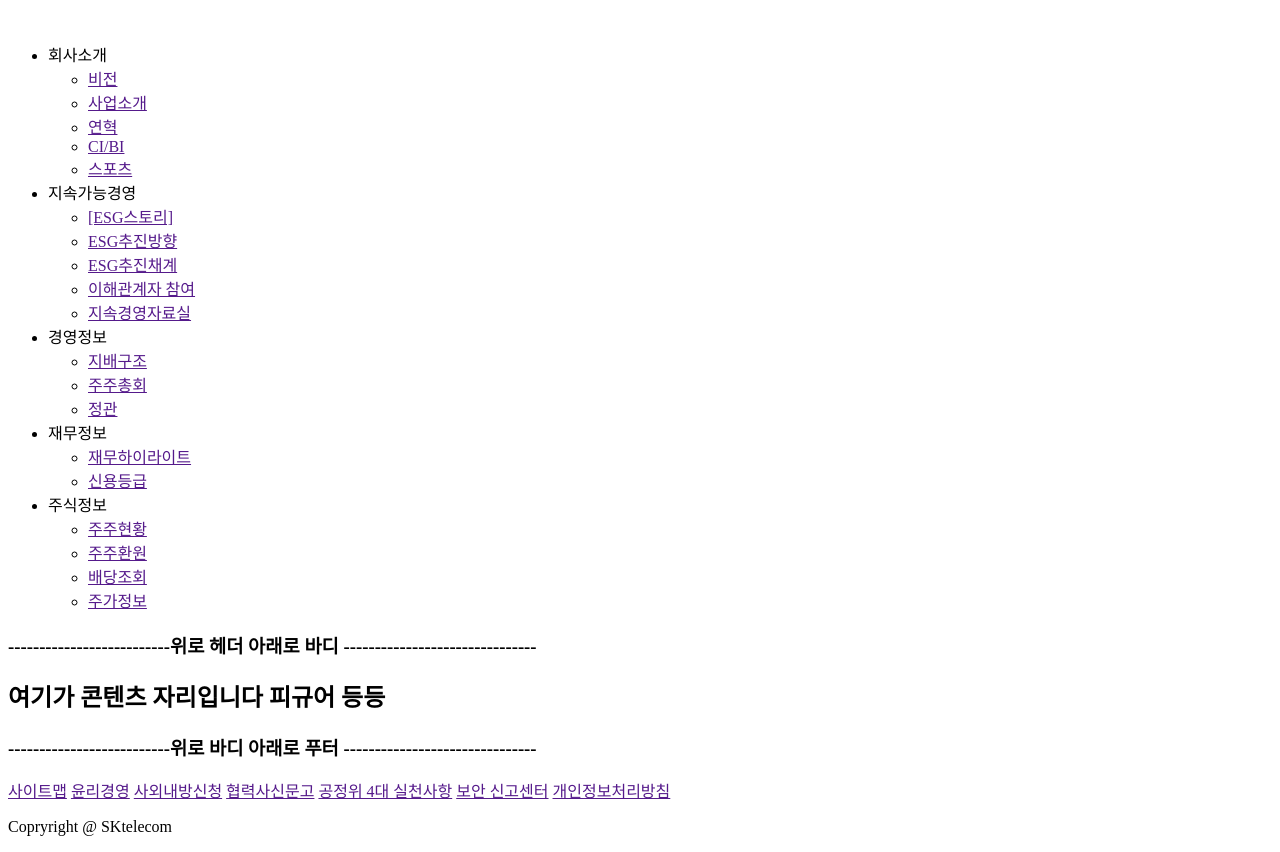
Repository: star-min/jsp_basic
Page: http://localhost/web01/
These files come from the project's save history. The page is drawn as it stood at one moment and after the next save; the edit follows.
The browser window is 1280 px wide. The pictures show the whole page.
The page is served by Tomcat 9.

Above is the page before, as saved 2022-04-20 08:10:10.

### jsp1/web01/src/main/webapp/index.jsp
<%@ page language="java" contentType="text/html; charset=UTF-8"
    pageEncoding="UTF-8"%>
    <%-- 	<%@ = 페이지 디랙티브 	--%>
<!DOCTYPE html>
<html>
<head>
<meta charset="UTF-8">
<title>서버 페이지 테스트</title>
</head>
<body>
<div class="wrap"></div>
<header id="hd">
	<div class="hd_wrap">
		<%@ include file="nav.jsp" %>
	</div>
</header>
<div class="content">
<h3>--------------------------위로 헤더 아래로 바디 -------------------------------</h3>
	<h2>여기가 콘텐츠 자리입니다 피규어 등등</h2>
<h3>--------------------------위로 바디 아래로 푸터 -------------------------------</h3>
</div>
<footer id="ft">
	<%@ include file="ft.jsp" %>
</footer>
</body>
</html>

### jsp1/web01/src/main/webapp/nav.jsp
<%@ page language="java" contentType="text/html; charset=UTF-8"
    pageEncoding="UTF-8"%>
<%		// <% = 스크립트릿(scriptlet)
	String[] dp1 = {"회사소개","지속가능경영","경영정보","재무정보","주식정보"};
	String[][] dp2 = {{"비전","사업소개","연혁","CI/BI","스포츠"},
			{"[ESG스토리]","ESG추진방향","ESG추진채계","이해관계자 참여","지속경영자료실"},
			{"지배구조", "주주총회","정관"},
			{"재무하이라이트","신용등급"},
			{"주주현황","주주환원","배당조회","주가정보"}
	};

%>
<%--    	 <%= 표현식(expression)%>		 --%>
<a class="Logo" herf="index.jsp"><img alt="" src=""></a>
<nav id="gnb">
	<ul>
	<% for(int i=0;i<dp1.length;i++){ %>
		<li>
			<span class="dp1"><%=dp1[i]%></span>
			<ul class="sub">
			<% for(int j=0;j<dp2[i].length;j++){ %>
				<li><a class="dp2" href=""><%= dp2[i][j] %></a></li>
			<%} %>
			</ul>
		</li>
	<% } %>
	</ul>
</nav>

### jsp1/web01/src/main/webapp/ft.jsp
<%@ page language="java" contentType="text/html; charset=UTF-8"
    pageEncoding="UTF-8"%>

    <%
    	String[] fnb = {"사이트맵","윤리경영","사외내방신청","협력사신문고","공정위 4대 실천사항","보안 신고센터","개인정보처리방침"};
    	String[] sub = {"페이스북","유튜브","네이버 포스트"};
    	String[] iclass = {"xi-facebook","xi-youtube-play","xi=naver"};
    %>
    <div class="ft_wrap">
    	<nav class="fnb">
    		<% for(int i=0;i<fnb.length;i++){ %>
    			<a href=""><%= fnb[i] %></a>
    		<% } %>

    		<p class="copyright"> Copryright @ SKtelecom </p>
    	</nav>
    </div>

After the next save:
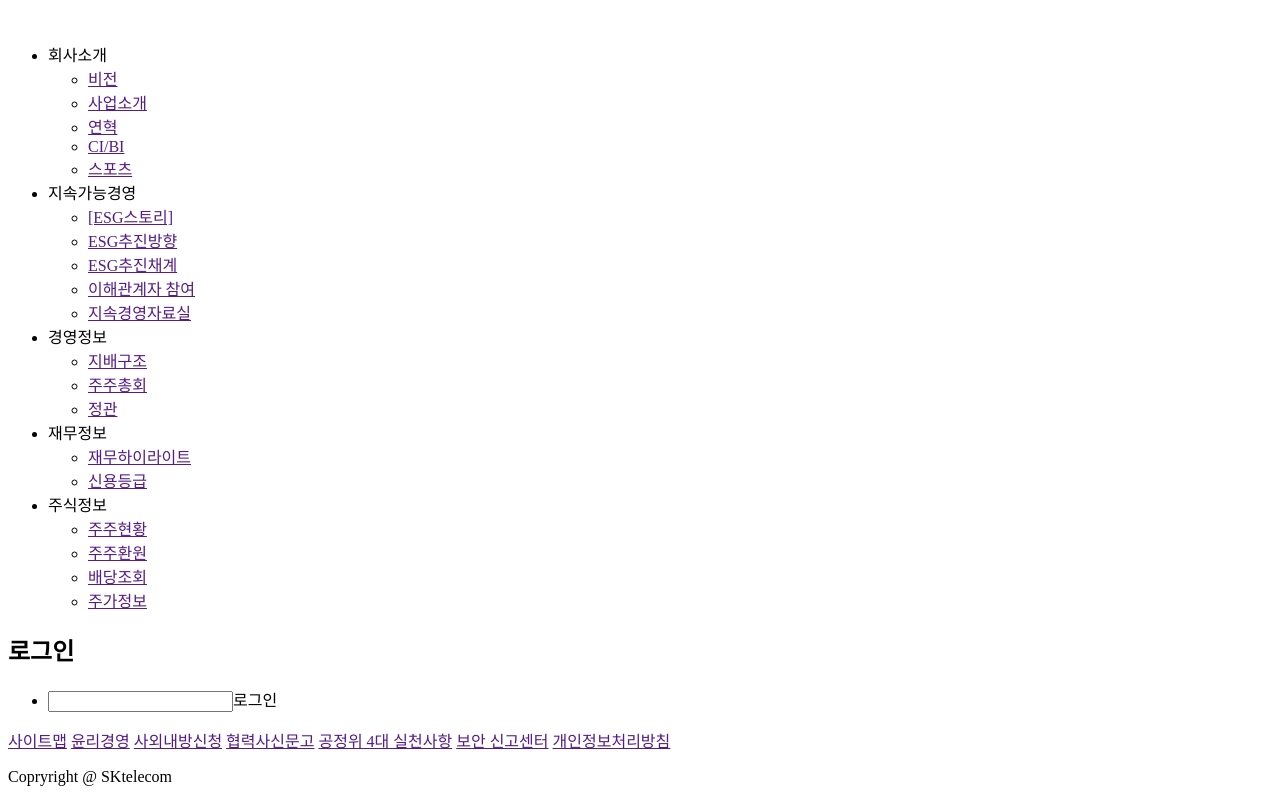
Saved 20 h 50 min later.
--- a/jsp1/web01/src/main/webapp/index.jsp
+++ b/jsp1/web01/src/main/webapp/index.jsp
@@ -15,9 +15,13 @@
 	</div>
 </header>
 <div class="content">
-<h3>--------------------------위로 헤더 아래로 바디 -------------------------------</h3>
-	<h2>여기가 콘텐츠 자리입니다 피규어 등등</h2>
-<h3>--------------------------위로 바디 아래로 푸터 -------------------------------</h3>
+	<h2>로그인</h2>
+	<form action="loginPro.jsp" id="frm1" name="login">
+		<ul>
+			<li><input type="text" id="rogin" class="rogin">로그인</li>
+
+		</ul>
+	</form>
 </div>
 <footer id="ft">
 	<%@ include file="ft.jsp" %>
